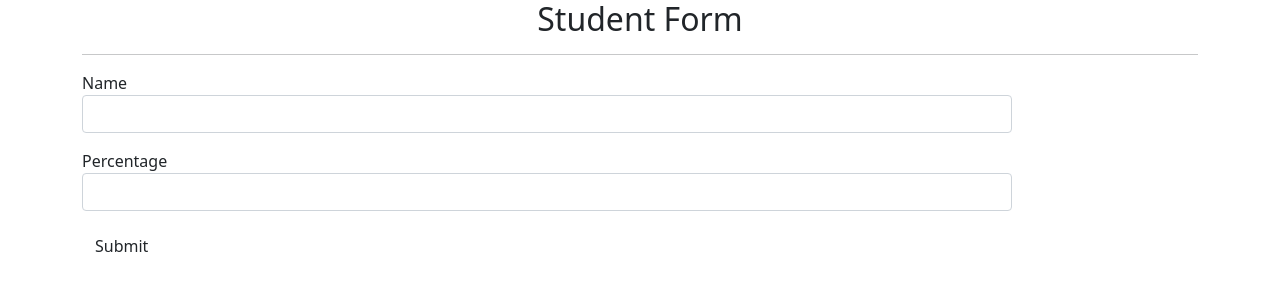
Repository: valletivarish/monojsp
Page: http://localhost/10-student-mvc-db/add-student.jsp
An editor plug-in stored every save of this project. The page is shown before and after the next save, followed by the edit.
The browser window is 1280 px wide. The pictures show the whole page.
The page is served by Tomcat 9. Other server files are loaded and not shown.

Above is the page before, as saved 2024-07-17 07:31:09.

### 10-student-mvc-db/WebContent/add-student.jsp
<%@ page language="java" contentType="text/html; charset=ISO-8859-1"
	pageEncoding="ISO-8859-1"%>
<!DOCTYPE html>
<html>
<head>
<meta charset="ISO-8859-1">
<title>Insert title here</title>
<link
	href="https://cdn.jsdelivr.net/npm/bootstrap@5.0.2/dist/css/bootstrap.min.css"
	rel="stylesheet"
	integrity="sha384-EVSTQN3/azprG1Anm3QDgpJLIm9Nao0Yz1ztcQTwFspd3yD65VohhpuuCOmLASjC"
	crossorigin="anonymous">
<script
	src="https://cdn.jsdelivr.net/npm/bootstrap@5.0.2/dist/js/bootstrap.bundle.min.js"
	integrity="sha384-MrcW6ZMFYlzcLA8Nl+NtUVF0sA7MsXsP1UyJoMp4YLEuNSfAP+JcXn/tWtIaxVXM"
	crossorigin="anonymous"></script>
</head>
<body>
	<div class="container" my-5>
		<h2 class="text-center">Student Form</h2>
		<hr>
		<form action="student" method="post">
			<div class="col-sm-10 my-3">
				<label for="name" class=".label">Name</label> <input type="text" name="name"
					id="name" class="form-control">
			</div>
			<div class="col-sm-10 my-3">
				<label for="name" class=".label">Percentage</label> <input type= name="percentage"
					id="name" class="form-control">
			</div>

			<div class="col-sm-10">
				<input type="submit" value="Submit" class="btn btn primary">
			</div>
		</form>
	</div>
</body>
</html>

After the next save:
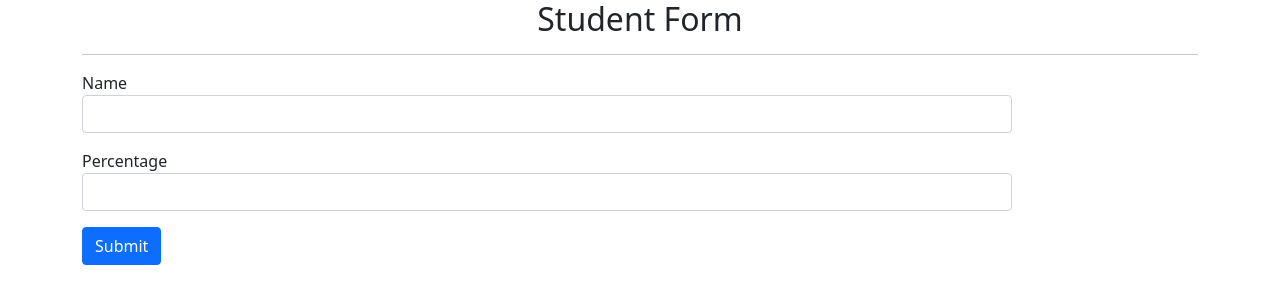
Saved 9 s later.
--- a/10-student-mvc-db/WebContent/add-student.jsp
+++ b/10-student-mvc-db/WebContent/add-student.jsp
@@ -30,7 +30,7 @@
 			</div>
 
 			<div class="col-sm-10">
-				<input type="submit" value="Submit" class="btn btn primary">
+				<input type="submit" value="Submit" class="btn btn-primary">
 			</div>
 		</form>
 	</div>
